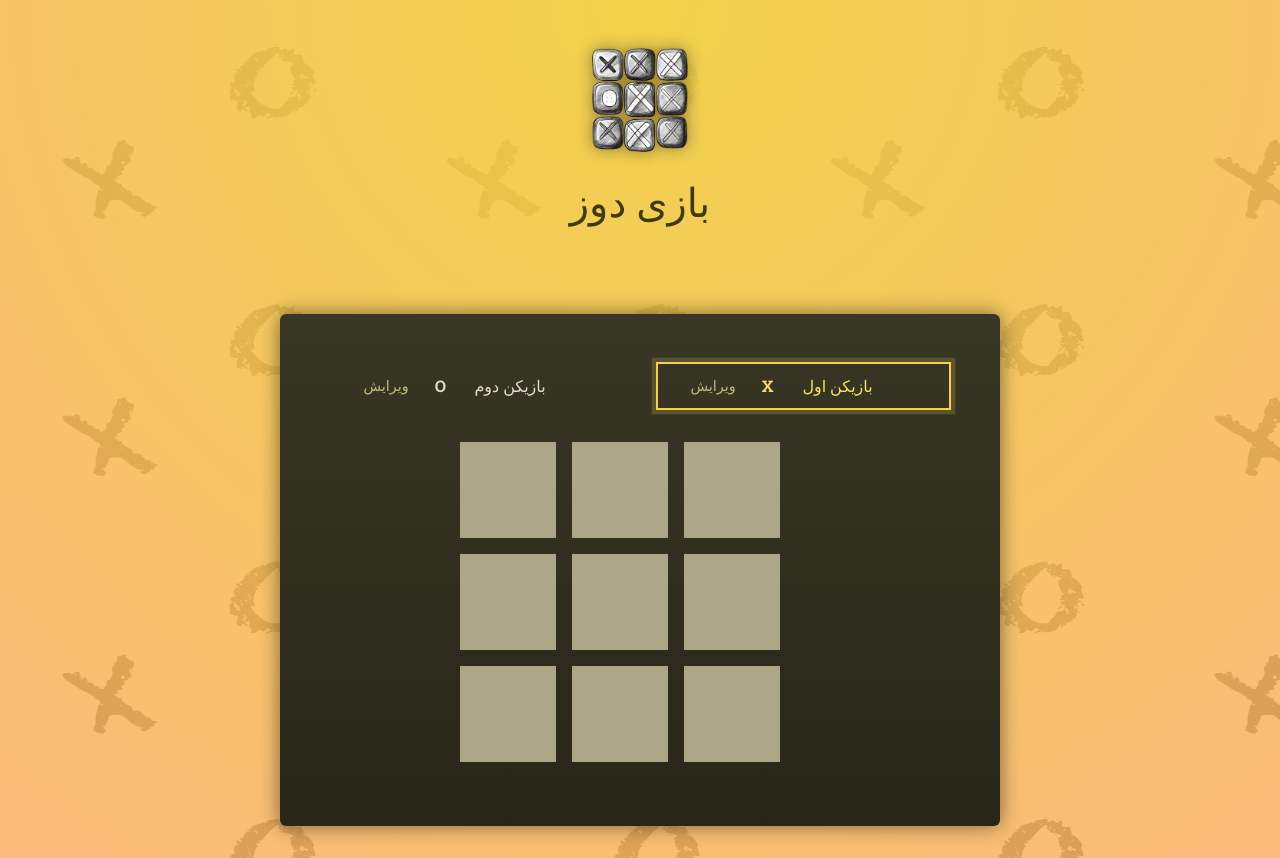
Repository: H-ala/react-tic-toc-toe
Page: /
These files come from the project's save history. The page is drawn as it stood at one moment and after the next save; the edit follows.
The browser window is 1280 px wide. The pictures show the whole page.
Some web fonts or font styles are not loaded; a fallback is used. The project was rebuilt for these pictures with package versions that can differ from the ones it lists, and the page was loaded fresh each time. Also part of the build but not shown: vite.config.js, src/components/GameOver.jsx.

Above is the page before, as saved 2025-10-21 18:01:01.

After the next save:
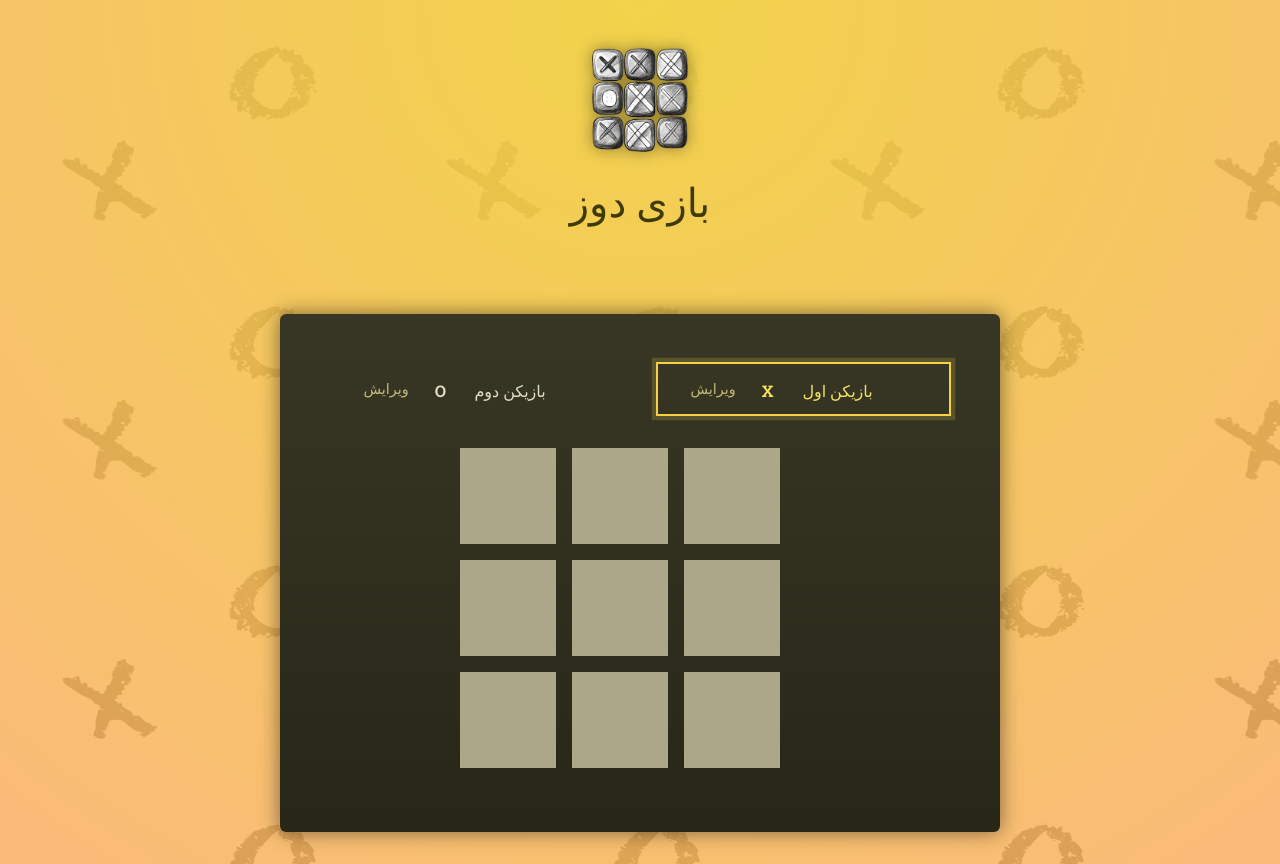
Saved 7 s later.
--- a/src/index.css
+++ b/src/index.css
@@ -111,7 +111,7 @@ h1 {
   padding: 0.5rem;
   border-radius: 4px;
   font-weight: bold;
-  font-size: 20%;
+  font-size: 20px;
 }
 
 .player-name {
